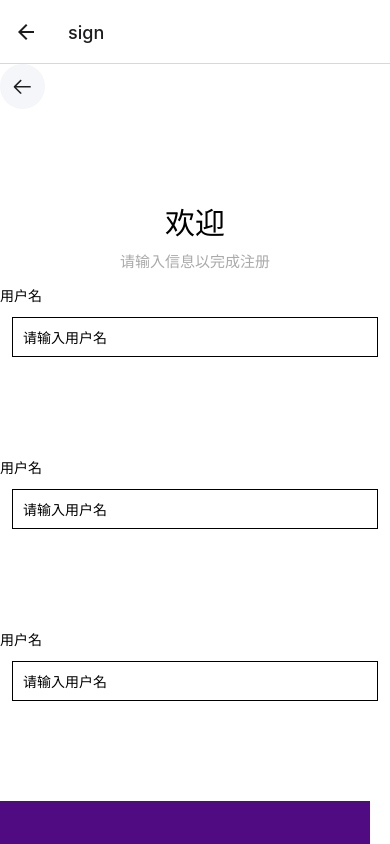
Repository: eyebone/barManager
Screen: /sign
An editor plug-in stored every save of this project. The screen is shown before and after the next save, followed by the edit.
The app was drawn by React Native's web renderer in a window 390 px wide. The project was rebuilt for these pictures with package versions that can differ from the ones it lists, and the page was loaded fresh each time. Some packages were replaced by stand-ins written for this rebuild. Also part of the build but not shown: components/EmojiPicker.js, components/Button.js, components/ImageViewer.js, components/circleButton.js, components/IconButton.js, view/ViewOne.js.

Above is the screen before, as saved 2023-06-26 10:13:19.

After the next save:
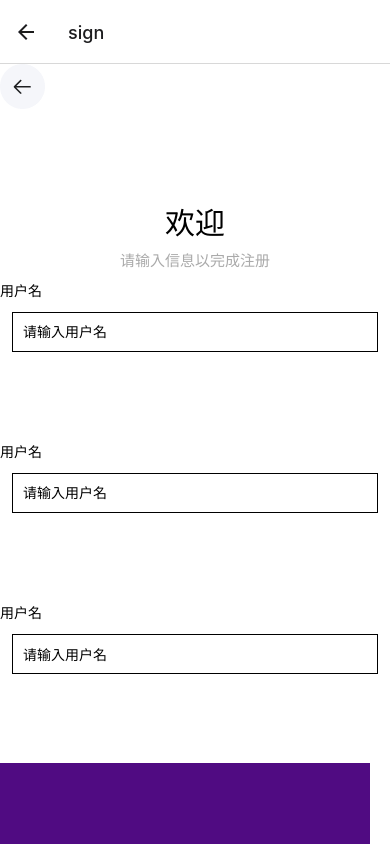
Saved 5 s later.
--- a/view/Sign.js
+++ b/view/Sign.js
@@ -84,7 +84,7 @@ const styles = StyleSheet.create({
     paddingTop: 58,
   },
   footerContainer: {
-    flex: 1 / 2,
+    flex: 1,
     alignItems: "center",
     backgroundColor: "#500B82",
     width: 370,
